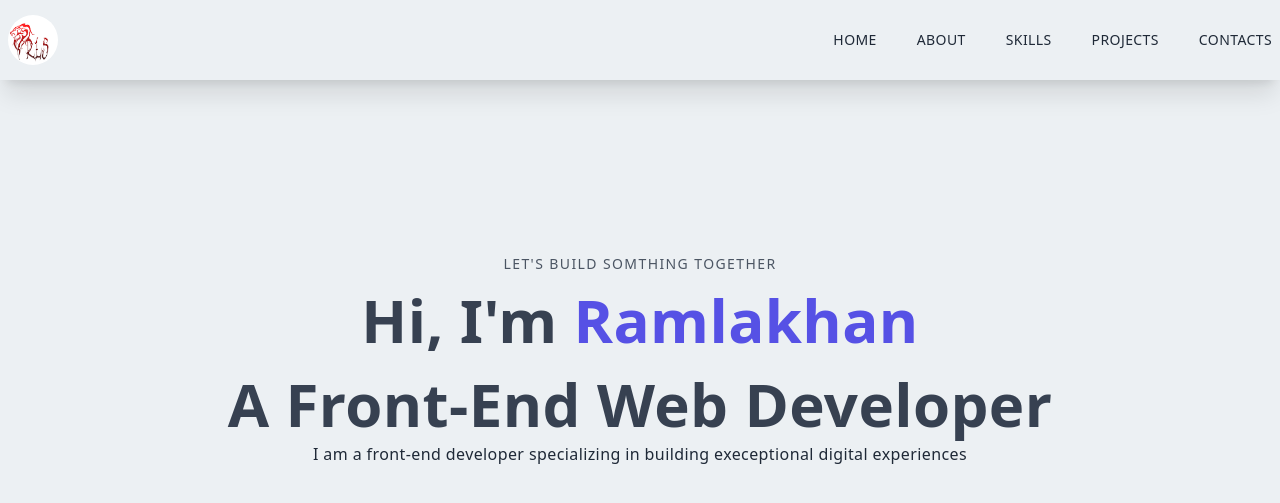
Repository: ram2642/portfolio-using-next-js
Page: /
These files come from the project's save history. The page is drawn as it stood at one moment and after the next save; the edit follows.
The browser window is 1280 px wide. The pictures show the whole page.
The project was rebuilt for these pictures with package versions that can differ from the ones it lists, and the page was loaded fresh each time. The framework's server and built-in components were replaced by stand-ins that run in the browser. Also part of the build but not shown: next.config.js.

Above is the page before, as saved 2022-09-04 01:55:29.

### pages/index.js
// import { Main } from 'next/document'
import Head from 'next/head'
import Image from 'next/image'
import Main from '../components/Main'
import Navbar from '../components/Navbar'


export default function Home() {
  return (
    <div className="">
      <Head>
        <title>Ramlakhan | Front-End Developer</title>
        <meta name="description" content="Generated by create next app" />
        <link rel="icon" href="/favicon.ico" />
      </Head>
      <Navbar/>
      <Main/>

    </div>
  )
}

### styles/globals.css
@tailwind base;
@tailwind components;
@tailwind utilities;


@layer base {
  body {
    @apply bg-[#ecf0f3] text-[#1f2937] tracking-wide
  }
  h1, h2, h3, h4, h5, h6 {
    @apply font-bold;
  }
  h1 {
    @apply text-4xl sm:text-5xl md:text-6xl;
  }
  h2 {
    @apply text-3xl sm:text-4xl;
  }
  li {
    @apply cursor-pointer;
  }
  button {
    @apply shadow-xl shadow-gray-400 rounded-xl uppercase bg-gradient-to-r from-[#5651e5] to-[#709dff] text-white
  }
  }

### components/Main.jsx
import React from 'react'

const Main = () => {
  return (
    <div className='w-full h-screen text-center'>
   <div className='max-w-[1240px] w-full h-full mx-auto p-2 flex justify-center items-center'>
    <div>
      <p className='uppercase text-sm tracking-widest text-gray-600'>Let's build somthing together</p>
      <h1 className='py-4 text-gray-700'>
        Hi, I'm <span className='text-[#5651e5]'> Ramlakhan</span>
      </h1>
      <h1 className='py-2 text-gray-700'>
        A Front-End Web Developer
      </h1>
      <p>
        I am a front-end developer specializing in building execeptional digital experiences
      </p>
    </div>

   </div>
    </div>
  )
}

export default Main

### components/Navbar.jsx
import Image from "next/image";
import React, { useState } from "react";
import Link from "next/link";
import { AiOutlineClose, AiOutlineMenu, AiOutlineMail } from "react-icons/ai";
import { FaLinkedinIn, FaGithub } from "react-icons/fa";
import { BsFillPersonLinesFill } from "react-icons/bs";

const Navbar = () => {
  const [nav, setNav] = useState(false);

  const handleNav = () => {
    setNav(!nav);
  };
  return (
    <div className="fixed w-full h-20 shadow-xl z-[100]">
      <div className="flex justify-between items-center w-full h-full px-2 2xl:px-16">
        <Image
          className="rounded-full cursor-pointer"
          src="data:[embedded picture, 6010 characters]"
          alt=""
          width="50"
          height="50"
        />
        <div>
          <ul className="hidden md:flex">
            <Link href="/">
              <li className="ml-10 text-sm uppercase hover:border-b">Home</li>
            </Link>
            <Link href="/">
              <li className="ml-10 text-sm uppercase hover:border-b">About</li>
            </Link>
            <Link href="/">
              <li className="ml-10 text-sm uppercase hover:border-b">Skills</li>
            </Link>
            <Link href="/">
              <li className="ml-10 text-sm uppercase hover:border-b">
                Projects
              </li>
            </Link>
            <Link href="/">
              <li className="ml-10 text-sm uppercase hover:border-b">
                Contacts
              </li>
            </Link>
          </ul>
          <div onClick={handleNav} className="md:hidden cursor-pointer">
            <AiOutlineMenu size={25} />
          </div>
        </div>
      </div>
      <div className={nav ? 'md:hidden fixed left-0 top-0 w-full h-screen bg-black/70' : ''}>
        <div className={nav ? "fixed left-0 top-0 w-[75%] sm:w-[60%] md:w-[45%] h-screen bg-[#ecf0f3] p-10 ease-in duration-500" : "fixed left-[-100%] top-0  p-10 ease-in duration-500"}>
          <div>
            <div className="flex w-full items-center justify-between">
              <Image
                className="rounded-full cursor-pointer"
                src="data:[embedded picture, 6010 characters]"
                alt=""
                width="50"
                height="50"
              />
              <div onClick={handleNav} className="rounded-full shadow-lg shadow-gray-400 p-3 cursor-pointer">
                <AiOutlineClose />
              </div>
            </div>
            <div className="border-b border-gray-300 my-4">
              <p className="w-[85%] md:w-[905] PY-4">
                Let's builds something legendary together
              </p>
            </div>
          </div>
          <div className="py-4 flex flex-col">
            <ul className="uppercase">
              <Link href="/">
                <li className="py-4 text-sm">Home</li>
              </Link>
              <Link href="/">
                <li className="py-4 text-sm">About</li>
              </Link>
              <Link href="/">
                <li className="py-4 text-sm">Skills</li>
              </Link>
              <Link href="/">
                <li className="py-4 text-sm">Projects</li>
              </Link>
              <Link href="/">
                <li className="py-4 text-sm">Contacts</li>
              </Link>
            </ul>
            <div className="pt-40">
              <p className="uppercase tracking-widest text-[#5651e5]">
                Let's Connect
              </p>
              <div className="flex items-center justify-between my-4 w-full sm:w-[80%]">
                <div className="rounded-full shadow-lg shadow-gray-400 p-3 cursor-pointer hover:scale-105 ease-in duration-300">
                  <FaLinkedinIn />
                </div>
                <div className="rounded-full shadow-lg shadow-gray-400 p-3 cursor-pointer hover:scale-105 ease-in duration-300">
                  <FaGithub />
                </div>
                <div className="rounded-full shadow-lg shadow-gray-400 p-3 cursor-pointer hover:scale-105 ease-in duration-300">
                  <AiOutlineMail />
                </div>
                <div className="rounded-full shadow-lg shadow-gray-400 p-3 cursor-pointer hover:scale-105 ease-in duration-300">
                  <BsFillPersonLinesFill />
                </div>
              </div>
            </div>
          </div>
        </div>
      </div>
    </div>
  );
};

export default Navbar;

Loaded but not shown: pages/_app.js (common file); tailwind.config.js (common file)

After the next save:
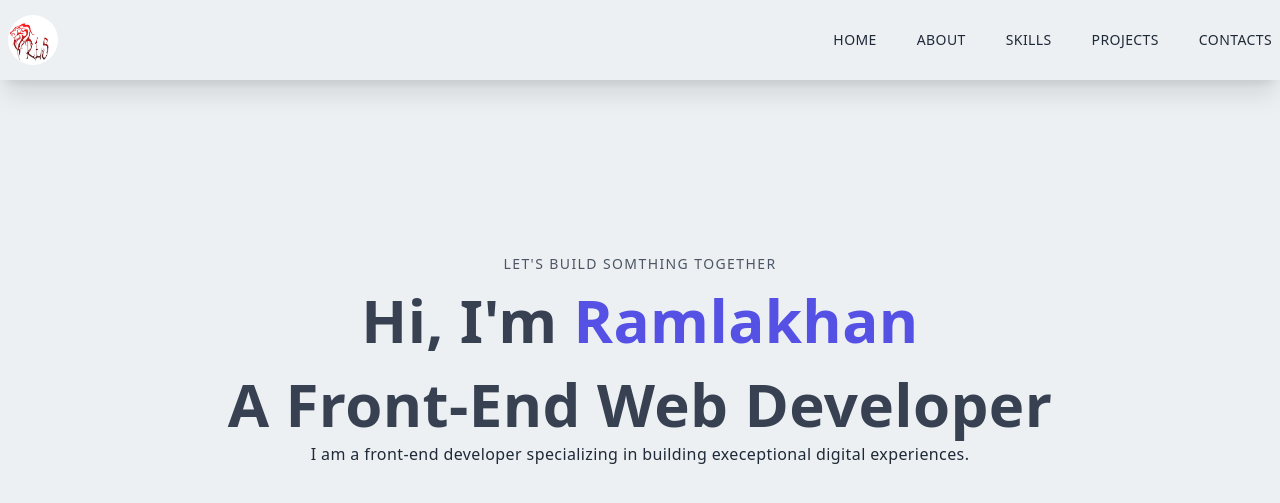
Saved 4 s later.
--- a/components/Main.jsx
+++ b/components/Main.jsx
@@ -13,7 +13,7 @@ const Main = () => {
         A Front-End Web Developer
       </h1>
       <p>
-        I am a front-end developer specializing in building execeptional digital experiences
+        I am a front-end developer specializing in building execeptional digital experiences.
       </p>
     </div>
 
